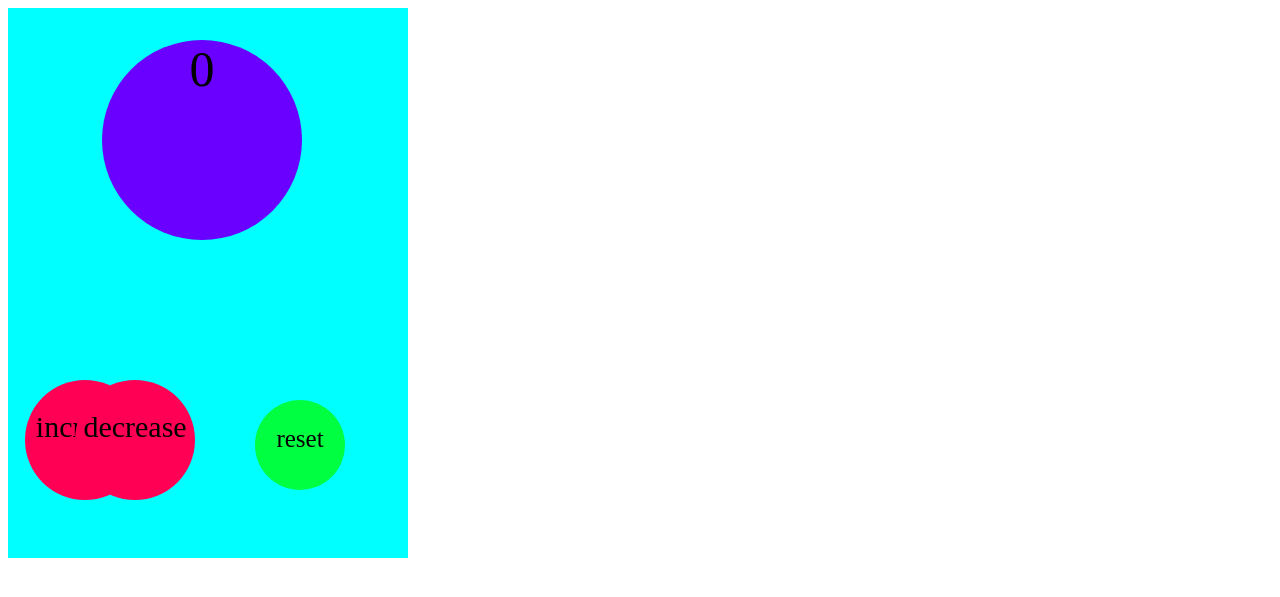
Repository: sara55m/Counter_App
Page: index.html
An editor plug-in stored every save of this project. The page is shown before and after the next save, followed by the edit.
The browser window is 1280 px wide. The pictures show the whole page.

Above is the page before, as saved 2024-07-30 03:33:20.

### index.html
<!DOCTYPE html>
<html lang="en">
<head>
    <meta charset="UTF-8">
    <meta name="viewport" content="width=device-width, initial-scale=1.0">
    <title>Document</title>
    <link rel="stylesheet" href="css/style.css">
</head>
<body>
    <div class="container">
        <div class="main" id="main"></div>
        <div class="increase" id="increase" onclick="increase()"><p class="first">increase</p></div>
        <div class="decrease" id="decrease" onclick="increase()"><p class="second">decrease</p></div>
        <div class="reset" onclick="reset_1()"><p class="third">reset</p></div>
    </div>
    <script src="js/script.js"></script>
</body>
</html>

### css/style.css
.container{
    height:550px;
    width:400px;
    background-color: aqua;
}

.main{
    position:absolute;
    top:40px;
    left:102px;
    height:200px;
    width:200px;
    border-radius: 50%;
    background-color: rgb(106, 0, 255);
    text-align: center;
    font-size: 50px;
}

.increase{
    position:absolute;
    top:380px;
    left:25px;
    height:120px;
    width:120px;
    border-radius: 50%;
    background-color: rgb(255, 0, 85);
    text-align: center;
    font-size: 50px;
}
p.first,p.second{
    font-size: 30px;;
}

.decrease{
    position:absolute;
    top:380px;
    left:75px;
    height:120px;
    width:120px;
    border-radius: 50%;
    background-color: rgb(255, 0, 85);
    text-align: center;
    font-size: 50px;
}

.reset{
    position:absolute;
    top:400px;
    left:255px;
    height:90px;
    width:90px;
    border-radius: 50%;
    background-color: rgb(0, 255, 64);
    text-align: center;
    font-size: 50px;
}

p.third{
    font-size: 25px;;
}

### js/script.js
let count=0;
let count1=0;
document.getElementById("main").innerHTML=count1;
function increase(){
    count+=1;
    count1+=1;
    //document.getElementById("increase").innerHTML=count;
    document.getElementById("main").innerHTML=count1;

}

function reset_1(){
    let count=0;
    let x=document.getElementById("main").innerHTML=count;

}

After the next save:
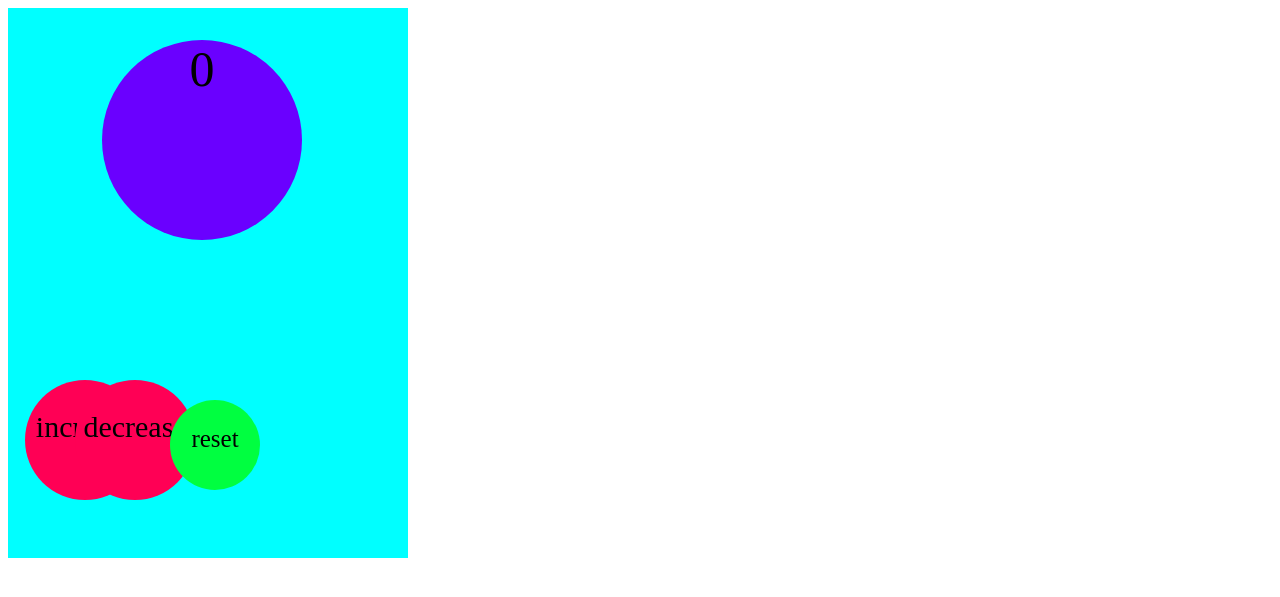
Saved 30 s later.
--- a/css/style.css
+++ b/css/style.css
@@ -46,7 +46,7 @@ p.first,p.second{
 .reset{
     position:absolute;
     top:400px;
-    left:255px;
+    left:170px;
     height:90px;
     width:90px;
     border-radius: 50%;
